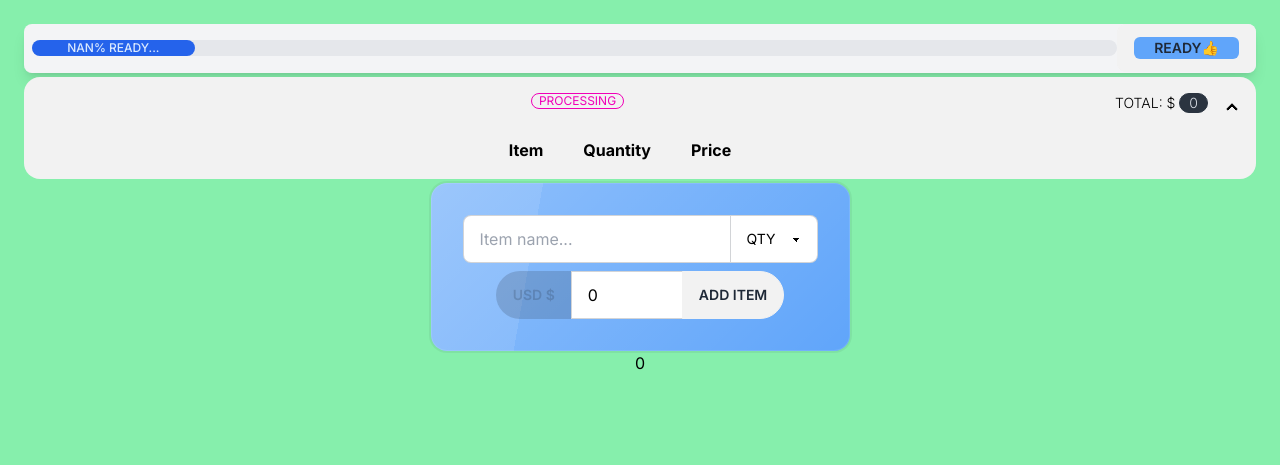
Repository: bitepay/bitepay-xyz
Page: /table
These files come from the project's save history. The page is drawn as it stood at one moment and after the next save; the edit follows.
The browser window is 1280 px wide. The pictures show the whole page.
The page's requests for data from a server got no answer. The project was rebuilt for these pictures with package versions that can differ from the ones it lists, and the page was loaded fresh each time. The framework's server and built-in components were replaced by stand-ins that run in the browser. No one was signed in, and anything a server would have sent is missing. Also part of the build but not shown: next.config.js.

Above is the page before, as saved 2023-06-27 22:38:38.

### src/pages/_app.js
import '@/styles/globals.css';
import { UserSocketProvider } from '@/context/UserSocketContext';

export default function App({ Component, pageProps }) {
  return (
    <UserSocketProvider>
      <Component {...pageProps} />
    </UserSocketProvider>
  )
}

### src/pages/table.js

// import Image from 'next/image'
import Head from "next/head"
// import Link from "next/link"
import { Inter } from 'next/font/google'

import { useUserSocketContext } from '@/context/UserSocketContext'

import { AddItemInput } from '@/components/AddItemInput'
import { ProgressBar } from '@/components/ProgressBar'
import { UserBill } from '@/components/UserBill'
import { MembersBill } from '@/components/MembersBill'

const inter = Inter({ subsets: ['latin'] })

export default function Table() {

  const { socket, user, tableMembers } = useUserSocketContext();

  if (user.tableID !== 0) {
    socket.emit('joinTable', user)
  }

  const handleUserDelete = (user, payload) => {
    socket.emit('userDeleteItem', {user, payload})
  };

  const handleUserUpdate = (user, payload) => {
    socket.emit('userUpdate', {user, payload})
  };

  const userUpdateStatus = (user) => {
    if (user.status === 'PROCESSING') {
      socket.emit('userUpdateStatus', { ...user, status: 'READY' })
    } else {
      socket.emit('userUpdateStatus', { ...user, status: 'PROCESSING' })
    }
  }

  return (
    <>
      <Head>
        <title>BitePay - Table</title>
        <meta name="description" content="The fastest and easiest way to divvy up the dining bill between your friends."></meta>
      </Head>

      <main className={`flex min-h-screen flex-col items-center p-6 ${inter.className} bg-green-300`} >

        <ProgressBar user={user} tableMembers={tableMembers} userUpdateStatus={userUpdateStatus} />
        <UserBill user={user} handleUserDelete={handleUserDelete} />
        <AddItemInput user={user} handleUserUpdate={handleUserUpdate} />
        <MembersBill tableMembers={tableMembers} userId={user.id}/>

      </main>
    </>
  )
}

### src/context/UserSocketContext.js
'use client';
import React, { createContext, useEffect, useState, useContext } from 'react'
import { io } from 'socket.io-client'


// Create a new context
const UserSocketContext = createContext({});

// Custom context provider component
export const UserSocketProvider = ({ children }) => {

  const [socket, setSocket] = useState(null);

  const [user, setUser] = useState({
    id: '',
    username: '',
    tableID: 0,
    myItems: [],
    tip: 15,
    total: 0,
    status: 'PROCESSING',
  });

  const [tableMembers, setTableMembers] = useState([]);

  // Establish the Socket.IO connection when the component mounts
  useEffect(() => {

    const socket = io('https://bitepay.xyz');
    setSocket(socket);

    socket.on('connect', () => {
      console.log('Successfully connected to the ws server!')
    })

    // set user id to the websocket id
    socket.on('setId', (data) => setUser((prevUser) => {
      prevUser.id = data
      return prevUser;
    }));

    // listen to events from ws server regarding members of the table
    socket.on('tableMembers', (data) => setTableMembers((prevTableMembers) => { return [...data.slice()] }));

    // listen to events from ws server regarding updates to tableMembers
    socket.on('tableMemberUpdate', (data) => {

      if (data.id === user.id) {
        setUser((prevUser) => {
          prevUser.myItems = data.myItems;
          prevUser.tip = data.tip;
          prevUser.total = data.total;
          prevUser.status = data.status;
          return prevUser;
        })
      }

      setTableMembers((prevTableMembers) => {
        return prevTableMembers.map((member) => {
          if (member.id === data.id) {
            member.myItems = data.myItems
            member.tip = data.tip
            member.total = data.total
            member.status = data.status
            return member
          } else {
            return member
          }
        })
      })
    });

    // listen to events from ws server regarding members leaving the table
    socket.on('userLeft', (data) => {
      setTableMembers((prevTableMembers) => {
        return prevTableMembers.filter((member) => {
          return member.id !== data.id
        })
      })
    });

    socket.on('disconnect', () => {
      console.log('Disconnected from the ws server!');
    });

    // Clean up the socket connection when the component unmounts
    return () => {
      socket.off('connect');
      socket.off('setId');
      socket.off('tableMembers');
      socket.off('tableMemberUpdate');
      socket.off('userLeft');
      socket.disconnect();
    };
  }, [user.id]);

  // Provide the socket object to the child components
  return (
    <UserSocketContext.Provider value={{socket, user, setUser, tableMembers, setTableMembers}}>
      {children}
    </UserSocketContext.Provider>
  );
};

// Export the SocketContext
export default UserSocketContext;

// Export a custom hook that can be used to consume this context
export const useUserSocketContext = () => useContext(UserSocketContext);

### src/components/AddItemInput.jsx
import { useState } from 'react';

export const AddItemInput = ({ handleUserUpdate, user }) => {
	const [itemName, setItemName] = useState('');
	const [itemPrice, setItemPrice] = useState(0);
	const [itemQuantity, setItemQuantity] = useState(0);

	const handleClick = (e)=> {
			e.preventDefault();
			if (itemQuantity === 0) {
					alert("Don't forget to add quantity!");
			}
			else if (itemPrice <= 0) {
					alert("Please don't forget to add your item's price!");
			}
			else if (itemName != "" && itemPrice > 0 && itemQuantity > 0) {
					const itemID = Math.ceil(Math.random()*1000000000);
					const payload = {itemID, itemName, itemPrice, itemQuantity};
					handleUserUpdate(user, payload);
					setItemName('');
					setItemPrice(0);
			} else {
					alert("Please fill out all fields");
			}
	}

	return (
		<>
			<div className="card glass bg-blue-400">
				<div className="card-body">
					<div className="join mx-auto">

						<input className="input input-bordered join-item max-w-34" placeholder="Item name..." value={itemName} onChange={(e) => {setItemName(e.target.value)}}/>

						<select className="select select-bordered join-item" value={itemQuantity} onChange={(e) => setItemQuantity(e.target.value)}>
							<option disabled value={0}>QTY</option>
							<option value={1/4}>
									1/4
							</option>
							<option value={1/3}>
									1/3
							</option>
							<option value={1/2}>
									1/2
							</option>
							<option value={1}>
									1
							</option>
							<option value={2}>
									2
							</option>
							<option value={3}>
									3
							</option>
							<option value={4}>
									4
							</option>
						</select>

					</div>
					<div className="mx-auto">
						<div className="join">
							<button className="btn join-item rounded-l-full" disabled="true">USD $</button>
							<input className="input input-bordered join-item w-28" placeholder="Price" type="number" value={itemPrice} onChange={(e) => {setItemPrice(e.target.value)}}/>
							<button className="btn join-item rounded-r-full" disabled={user.status === 'READY'} onClick={(e) => handleClick(e)}>ADD ITEM</button>
						</div>
					</div>
				</div>
			</div>
		</>
	)
};

### src/components/ProgressBar.jsx
import { useState, useEffect } from 'react';

export const ProgressBar = ({ tableMembers, user, userUpdateStatus }) => {

  const [progress, setProgress] = useState(0);

  useEffect(() => {
    const completed = tableMembers.filter((member) => member.status === 'READY');
    const progress = Math.round(100 * ((completed.length / tableMembers.length) * 100)) / 100;
    setProgress(progress);

    console.log(`Re-render triggered from tableMember update in ProgressBar. Progress is now ${progress}%`)
  }, [tableMembers])

  const progressBar = (progress) => {
    if (progress === 100) {
      return (
          <div className="w-full bg-gray-200 rounded-full dark:bg-gray-700">
            <div className="bg-green-600 text-xs font-medium text-green-100 text-center p-0.5 leading-none rounded-full" style={{width: `${progress}%`}}> {progress}% COMPLETE! </div>
          </div>
      )
    } else {
      return (
        <div className="w-full bg-gray-200 rounded-full dark:bg-gray-700">
            <div className="bg-blue-600 text-xs font-medium text-blue-100 text-center p-0.5 leading-none rounded-full" style={{width: `${progress < 15 ? 15 : progress}%`}}> {progress}% READY... </div>
          </div>
      )
    }
  }

  const handleChange = () => {
    userUpdateStatus(user)
  }

  const toggleStatusButton = (status) => {
    return (
      <label className="btn swap swap-rotate">

        {/* this hidden checkbox controls the state */}
        <input type="checkbox" onChange={() => handleChange()} checked={user.status === 'READY'}/>

        {/* ready icon */}

        <div class="swap-on bg-red-400 p-1 rounded-md">Make changes</div>
        <div class="swap-off bg-blue-400 p-1 rounded-md">Ready👍</div>

        {/* not ready icon */}


      </label>
    )

  }



  return (

      <div className="w-full flex items-center justify-between mb-.5 mx-auto pl-2 overflow-hidden rounded-lg shadow-lg bg-gray-100 uppercase border-b border-gray-100">
          {progressBar(progress)}
        <div id="final-bill-button">
          {toggleStatusButton(user.status)}
        </div>
      </div>

  )
}

### src/components/UserBill.jsx
export const UserBill = ({ user, handleUserDelete }) => {

  const UserItem = (item) => {
    const { itemID, itemName, itemPrice, itemQuantity } = item

    return (
      <tr key={`user-item-${itemID}`}>
				<td className="px-5">{itemName}</td>
				<td className="px-5">{itemQuantity}</td>
				<td className="px-5">{itemPrice}</td>
				{/* This is where we need to add the delete button for User delete feature */}
				<td className="px-5"><button className="btn btn-outline btn-error" onClick={() => handleUserDelete(user, item)} disabled={user.status === 'READY'}>DELETE</button></td>
			</tr>
    )
  }

  return (
    <div className="collapse collapse-arrow bg-base-200 m-1">
      <input type="radio" name="my-accordion-2" defaultChecked="true"/>
      <div className="collapse-title">
        {/* This is where we need to render name, status, and total */}
        <div className="flex justify-between">
          <div className="font-medium">
            {user.username}
          </div>
          <div className={`badge badge-sm text-xs ${user.status === 'READY' ? 'badge-accent' : 'badge-secondary badge-outline'}`}>
            {user.status === 'READY' ? 'READY' : 'PROCESSING'}
          </div>
          <div className="text-sm font-light">
            TOTAL{': $ '}
            <div className={`badge ${user.status === 'READY' ? 'badge-primary' : 'badge-neutral'}`}>
              {user.total}
            </div>
          </div>

        </div>
      </div>
      <div className="collapse-content">
        {/* This is where I need to map through user items */}
        <table className="table-auto mx-auto">
          <thead>
            <tr>
              <th className="px-5">Item</th>
              <th className="px-5">Quantity</th>
              <th className="px-5">Price</th>
              <th className="px-5"></th>
            </tr>
          </thead>
          <tbody>
            {user.myItems.map((item) => UserItem(item))}
          </tbody>
          </table>
      </div>
    </div>
  )
}

### src/components/MembersBill.jsx
export const MembersBill = ({ tableMembers, userId }) => {

  const MemberItem = (item) => {
    const { itemID, itemName, itemPrice, itemQuantity } = item

    return (
      <tr key={`member-item-${itemID}`}>
        <td className="px-5">{itemName}</td>
        <td className="px-5">{itemQuantity}</td>
        <td className="px-5">{itemPrice}</td>
        <td className="px-5">{' '}</td>
      </tr>
    )
  }

  return (
    <>
      {tableMembers.length && tableMembers.map((member) => {
        if (member.id !== userId) {
          return (
            <div key={`${member.id}-list-items`} className="collapse collapse-arrow bg-base-200 m-1">
              <input type="radio" name="my-accordion-2"/>
              <div className="collapse-title text-xl font-medium">
                {/* This is where we need to render name, status, and total */}
                {member.username}
              </div>
              <div className="collapse-content">
              <table className="table-auto mx-auto">
                <thead>
                  <tr>
                    <th className="px-5">Item</th>
                    <th className="px-5">Quantity</th>
                    <th className="px-5">Price</th>
                    <th className="px-5"></th>
                  </tr>
                </thead>
                <tbody>
                  {member.myItems?.length ? member.myItems.map((item) => MemberItem(item)) : <tr key="user-no-items"><td>No items yet</td></tr>}
                </tbody>
                </table>
              </div>
            </div>
          )
        }
      })}
    </>
  )
};

### tailwind.config.js
/** @type {import('tailwindcss').Config} */
module.exports = {
  content: [
    './src/pages/**/*.{js,ts,jsx,tsx,mdx}',
    './src/components/**/*.{js,ts,jsx,tsx,mdx}',
    './src/app/**/*.{js,ts,jsx,tsx,mdx}',
  ],
  theme: {
    extend: {
      backgroundImage: {
        'gradient-radial': 'radial-gradient(var(--tw-gradient-stops))',
        'gradient-conic':
          'conic-gradient(from 180deg at 50% 50%, var(--tw-gradient-stops))',
      },
    },
  },
  daisyui: {
    themes: [
      "light",
      "dark"
    ],
  },
  plugins: [require("daisyui")],
}

Loaded but not shown: src/pages/_document.js (common file); src/styles/globals.css (common file)

After the next save:
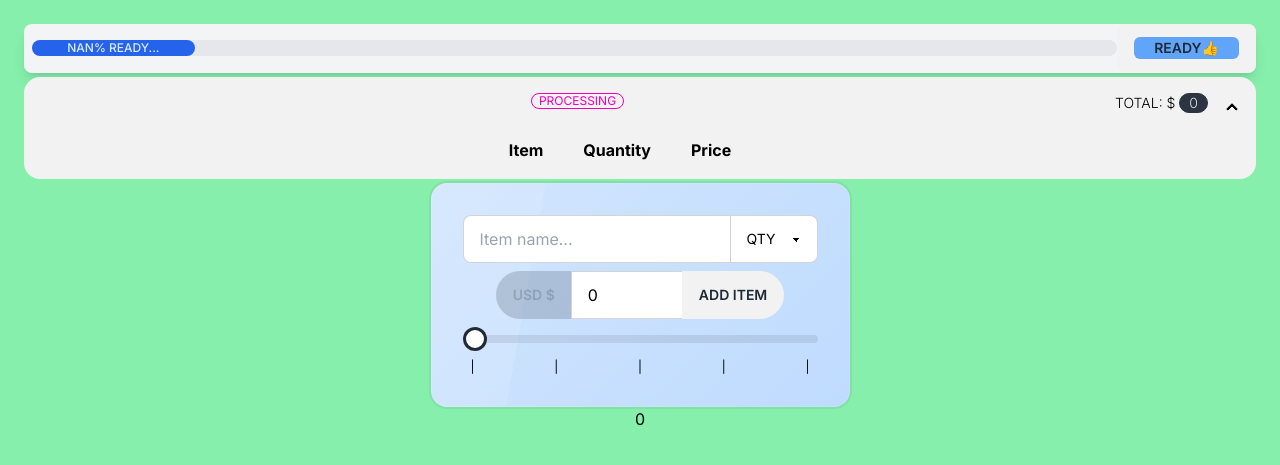
Saved 4 min 6 s later.
--- a/src/components/AddItemInput.jsx
+++ b/src/components/AddItemInput.jsx
@@ -26,7 +26,7 @@ export const AddItemInput = ({ handleUserUpdate, user }) => {
 
 	return (
 		<>
-			<div className="card glass bg-blue-400">
+			<div className="card glass bg-blue-200">
 				<div className="card-body">
 					<div className="join mx-auto">
 
@@ -65,6 +65,14 @@ export const AddItemInput = ({ handleUserUpdate, user }) => {
 							<button className="btn join-item rounded-r-full" disabled={user.status === 'READY'} onClick={(e) => handleClick(e)}>ADD ITEM</button>
 						</div>
 					</div>
+						<input type="range" min="15" max="30" value={user.tip} class="range" step="1" onChange/>
+						<div class="w-full flex justify-between text-xs px-2">
+							<span>|</span>
+							<span>|</span>
+							<span>|</span>
+							<span>|</span>
+							<span>|</span>
+						</div>
 				</div>
 			</div>
 		</>
